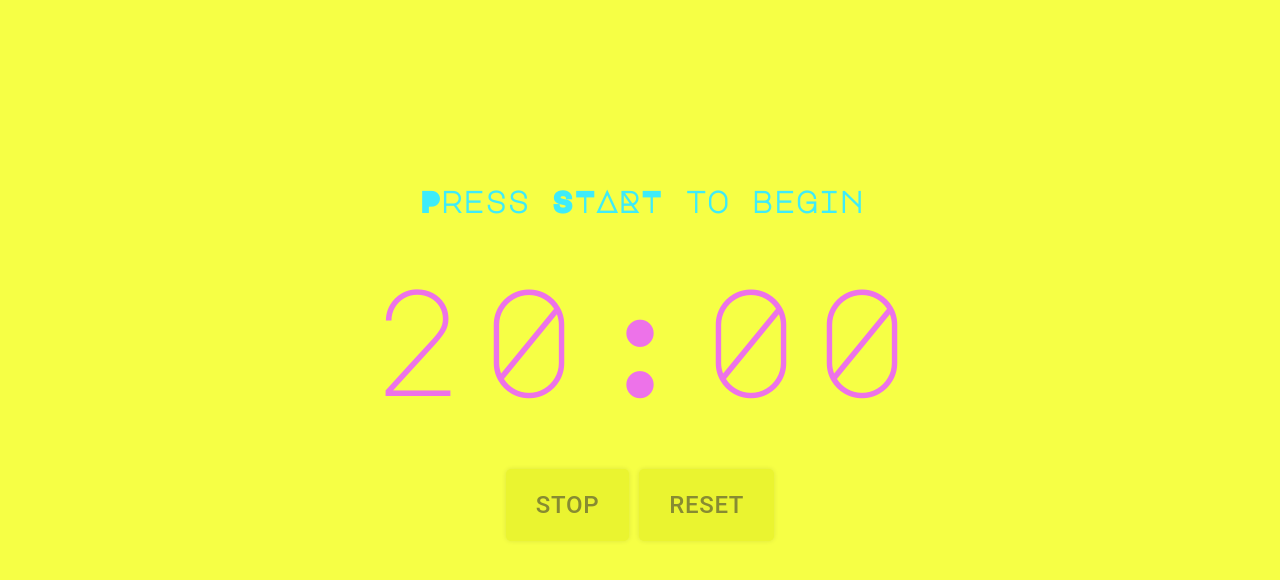
Repository: realistmccoy/pomodoro
Page: /
The author's editor kept a copy of each file at every save. The page is drawn from the files as they stood at one save, then again after the next save.
The browser window is 1280 px wide. The pictures show the whole page.
The project was rebuilt for these pictures with package versions that can differ from the ones it lists, and the page was loaded fresh each time.

Above is the page before, as saved 2020-12-10 01:20:52.

### src/App.js
import React, { useState, useRef } from 'react';
import './App.css';
import { Button } from '@material-ui/core';

function padTime(time) {
	return time.toString().padStart(2, '0');
}

export default function App() {
	const [title, setTitle] = useState('Press START to begin');
	const [timeLeft, setTimeLeft] = useState(20 * 60);
	const [isRunning, setIsRunning] = useState(false);
	const intervalRef = useRef(null);

	function startTimer() {
		if (intervalRef.current != null) return;

		setTitle('FOCUS');
		setIsRunning();
		intervalRef.current = setInterval(() => {
			setTimeLeft((timeLeft) => {
				if (timeLeft >= 1) return timeLeft - 1;
				resetTimer();
				return 0;
			});
		}, 1000);
	}

	function stopTimer() {
		if (intervalRef.current === null) return;
		setTitle('Get back to work');
		clearInterval(intervalRef.current);
		intervalRef.current = null;
		console.log(intervalRef.current);
		setIsRunning(false);
	}

	function resetTimer() {
		clearInterval(intervalRef.current);
		intervalRef.current = null;
		setTitle('Ready to go another round?');
		setTimeLeft(20 * 60);
		setIsRunning(false);
	}

	const minutes = padTime(Math.floor(timeLeft / 60));
	const seconds = padTime(timeLeft - minutes * 60);

	return (
		<div className='app'>
			<h2>{title}</h2>

			<div className='timer'>
				<span>{minutes}</span>
				<span>:</span>
				<span>{seconds}</span>
			</div>

			<div className='buttons'>
				{isRunning && <Button onClick={startTimer}>Start</Button>}
				{!isRunning && <Button onClick={stopTimer}>Stop</Button>}
				<Button onClick={resetTimer}>Reset</Button>
			</div>
		</div>
	);
}

### src/App.css
@import url('https://fonts.googleapis.com/css2?family=Major+Mono+Display&display=swap');

* {
  box-sizing: border-box;
}

body {
  padding: 0;
  margin: 0;
  font-family: 'Major Mono Display', monospace;
  line-height: 1.5;
}

.app {
  min-height: 100vh;
  padding-left: 20px;
  padding-right: 20px;
  display: flex;
  flex-direction: column;
  align-items: center;
  justify-content: center;
  background: #f6ff45;
  color: #2f9153;
}

h2 {
  color: #3eecf9;
  font-size: 30px;
  text-align: center;
  margin: 0;
}

.timer {
  color: #ed72e9;
  font-size: 150px;
  margin-bottom: 20px;
}

.buttons button {
  outline: none;
  border: none;
  font-size: 24px;
  background: #eaf430;
  color: #878b32;
  border-radius: 5px;
  box-shadow: 0 0 5px rgba(0, 0, 0, 0.1);
  padding: 15px 30px;
  cursor: pointer;
  transition: 0.3s ease all;
}

.buttons button:hover {
  border-radius: 10px;
  background: #b9bf61;
  box-shadow: 0 0 10px rgba(0, 0, 0, 0.15);
  transform: translateY(-2px);
}

.buttons button:not(:last-child) {
  margin-right: 10px;
}

@media (max-width: 780px) {
  h2 {
    font-size: 22px;
  }

  .timer {
    font-size: 80px;
  }

  .buttons button {
    font-size: 18px;
  }
}

Loaded but not shown: public/index.html (common file); src/index.js (common file)

After the next save:
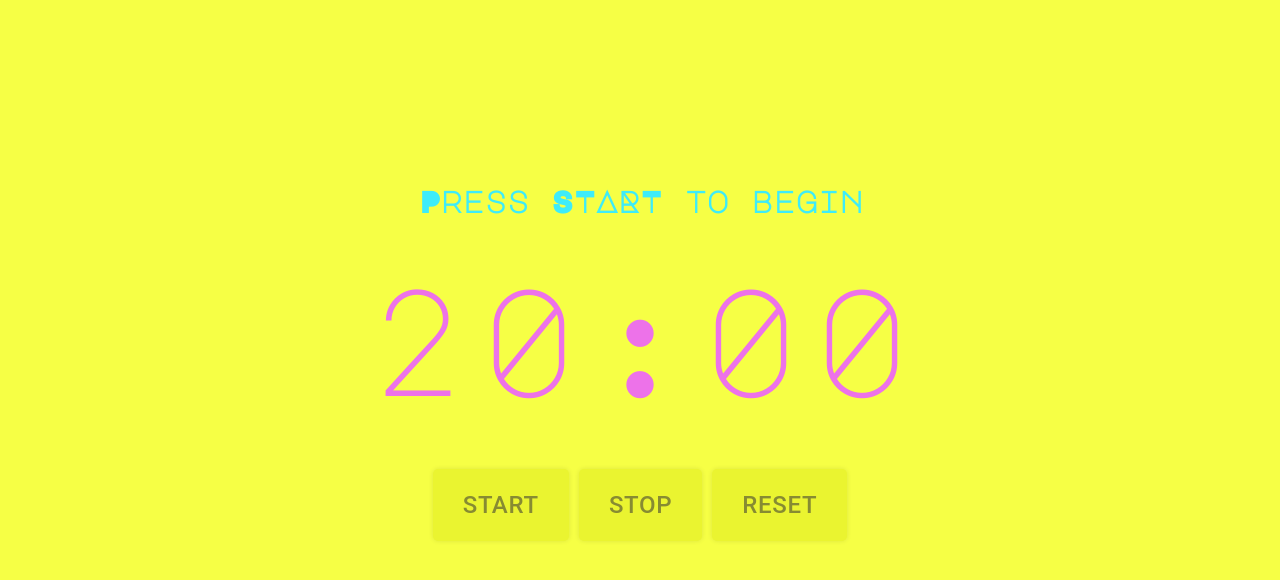
Saved 9 s later.
--- a/src/App.js
+++ b/src/App.js
@@ -57,7 +57,7 @@ export default function App() {
 			</div>
 
 			<div className='buttons'>
-				{isRunning && <Button onClick={startTimer}>Start</Button>}
+				{!isRunning && <Button onClick={startTimer}>Start</Button>}
 				{!isRunning && <Button onClick={stopTimer}>Stop</Button>}
 				<Button onClick={resetTimer}>Reset</Button>
 			</div>
